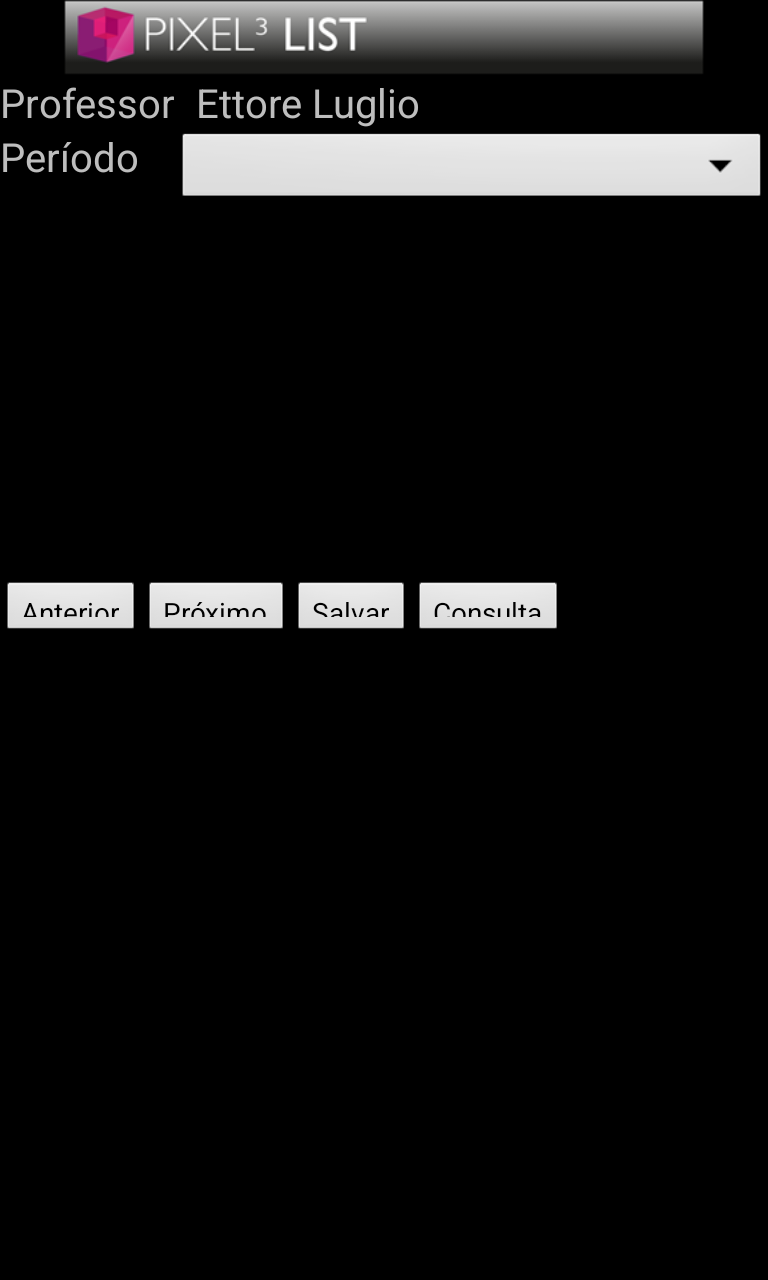
Repository: pixel3mobi/listaDigital
Layout: Pixel3List/res/layout/chamada.xml
An editor plug-in stored every save of this project. The layout is shown before and after the next save, followed by the edit.
It is drawn on a 768 x 1280 px phone screen (xhdpi) without system bars, with theme android:Theme; the app's code is not run. Lists and similar views that code fills are empty.

Above is the layout before, as saved 2011-03-22 00:16:58.

### Pixel3List/res/layout/chamada.xml
<?xml version="1.0" encoding="utf-8"?>
<RelativeLayout
	android:id="@+id/widget50"
	android:layout_width="fill_parent"
	android:layout_height="fill_parent"
	xmlns:android="http://schemas.android.com/apk/res/android">
	<ImageView
		android:id="@+id/cabecalho"
		android:src="@drawable/cabecalho"
		android:layout_width="fill_parent"
		android:layout_height="wrap_content"
		android:layout_alignParentTop="true"
		android:layout_alignParentLeft="true">
	</ImageView>
	<RelativeLayout
		android:layout_height="wrap_content"
		android:id="@+id/relativeLayout2"
		android:layout_width="wrap_content"
		android:layout_below="@+id/cabecalho"
		android:layout_alignLeft="@+id/cabecalho"
		android:layout_alignRight="@+id/cabecalho">
		<TextView
			android:id="@+id/txtProfessor"
			android:layout_height="wrap_content"
			android:text="Professor"
			android:textSize="20dip"
			android:layout_width="wrap_content"
			android:layout_alignParentTop="true">
		</TextView>
		<TextView
			android:layout_height="wrap_content"
			android:layout_toRightOf="@+id/txtProfessor"
			android:paddingLeft="10dip"
			android:textSize="20dip"
			android:text="Ettore Luglio"
			android:id="@+id/txtPeriodo"
			android:layout_width="wrap_content"
			android:layout_alignTop="@+id/txtProfessor"
			android:layout_alignBottom="@+id/txtProfessor">
		</TextView>
		<Spinner
			android:paddingLeft="10dip"
			android:layout_width="fill_parent"
			android:id="@+id/periodos"
			android:layout_height="40dip"
			android:layout_below="@+id/txtPeriodo"
			android:layout_alignLeft="@+id/txtPeriodo">
		</Spinner>
		<TextView
			android:layout_height="wrap_content"
			android:layout_below="@+id/txtProfessor"
			android:text="Período"
			android:textSize="20dip"
			android:id="@+id/nomeProfessor"
			android:layout_width="wrap_content"
			android:layout_alignLeft="@+id/txtProfessor"
			android:layout_alignRight="@+id/txtProfessor">
		</TextView>
	</RelativeLayout>
	<RelativeLayout
		android:layout_height="wrap_content"
		android:id="@+id/relativeLayout1"
		android:layout_width="wrap_content"
		android:layout_above="@+id/alunos"
		android:layout_alignLeft="@+id/alunos">
	    <Button
	    	android:id="@+id/button1"
	    	android:layout_height="30dip"
	    	android:text="Anterior"
	    	android:layout_alignParentLeft="true"
	    	android:layout_width="wrap_content">
	    </Button>
	    <Button
	    	android:id="@+id/button2"
	    	android:layout_height="wrap_content"
	    	android:layout_toRightOf="@+id/button1"
	    	android:text="Próximo"
	    	android:layout_width="wrap_content"
	    	android:layout_alignTop="@+id/button1"
	    	android:layout_alignBottom="@+id/button1">
	    </Button>
	    <Button
	    	android:id="@+id/button3"
	    	android:layout_height="wrap_content"
	    	android:layout_toRightOf="@+id/button2"
	    	android:text="Salvar"
	    	android:layout_width="wrap_content"
	    	android:layout_alignTop="@+id/button2"
	    	android:layout_alignBottom="@+id/button2">
	    </Button>
	    <Button
	    	android:id="@+id/button4"
	    	android:layout_height="wrap_content"
	    	android:layout_toRightOf="@+id/button3"
	    	android:text="Consulta"
	    	android:layout_width="wrap_content"
	    	android:layout_alignTop="@+id/button3"
	    	android:layout_alignBottom="@+id/button3">
	    </Button>
	</RelativeLayout>
	<ListView
		android:id="@+id/alunos"
		android:layout_width="fill_parent"
		android:layout_height="320dip"
		android:layout_alignParentBottom="true"
		android:layout_alignParentRight="true">
	</ListView>
</RelativeLayout>

After the next save:
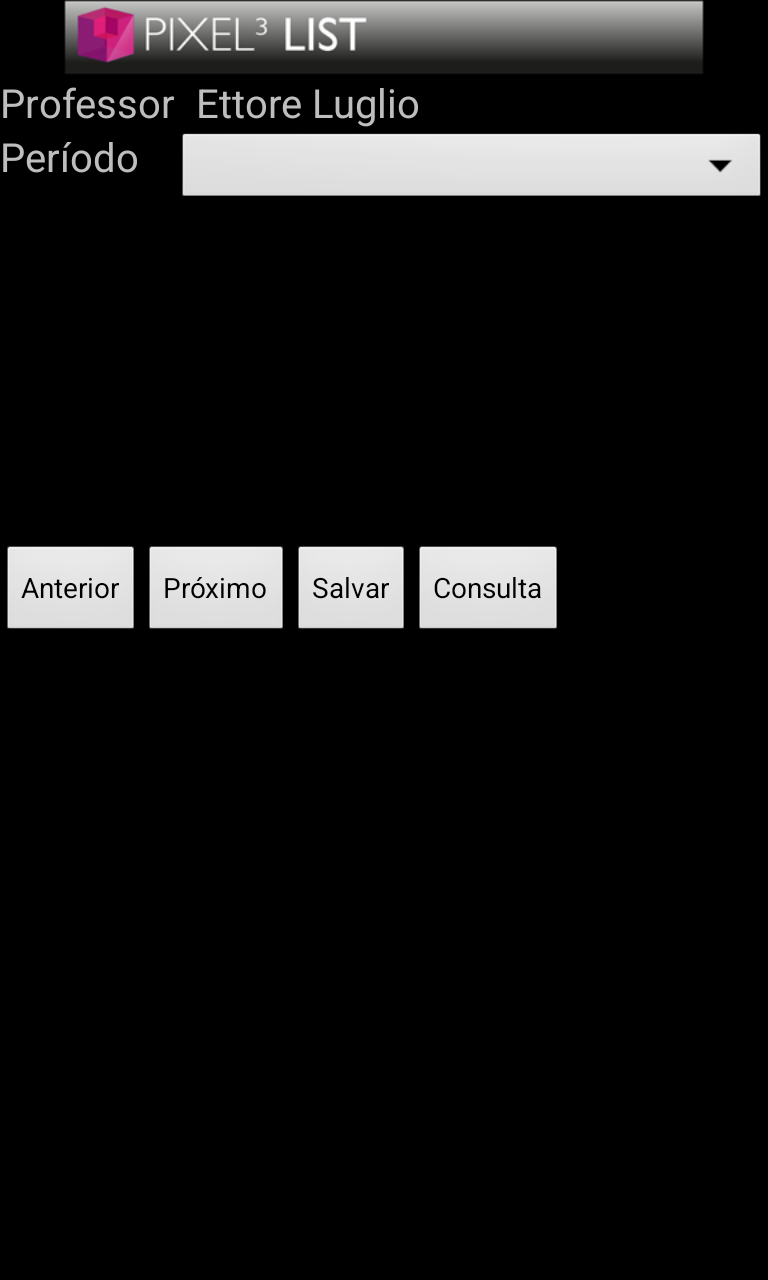
Saved 2 min 32 s later.
--- a/Pixel3List/res/layout/chamada.xml
+++ b/Pixel3List/res/layout/chamada.xml
@@ -65,7 +65,7 @@
 		android:layout_alignLeft="@+id/alunos">
 	    <Button
 	    	android:id="@+id/button1"
-	    	android:layout_height="30dip"
+	    	android:layout_height="wrap_content"
 	    	android:text="Anterior"
 	    	android:layout_alignParentLeft="true"
 	    	android:layout_width="wrap_content">
